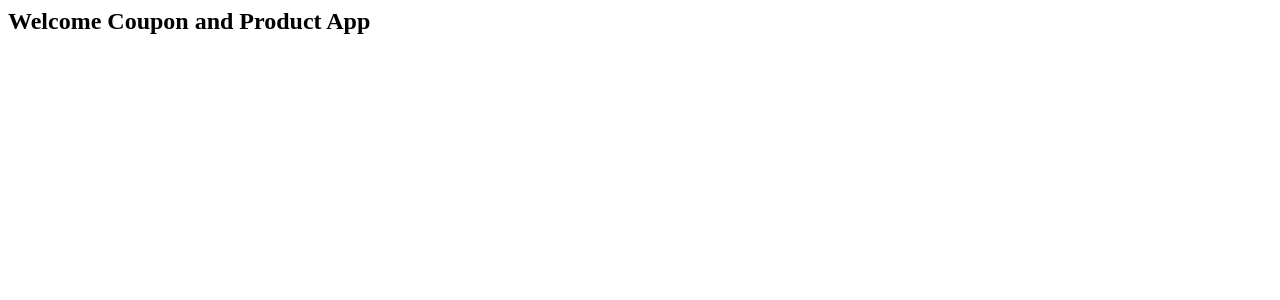
Repository: krutishilp/Sample
Page: http://localhost/couponandproductproject/
These files come from the project's save history. The page is drawn as it stood at one moment and after the next save; the edit follows.
The browser window is 1280 px wide. The pictures show the whole page.
The page is served by Tomcat 9.

Above is the page before, as saved 2020-09-04 06:21:27.

After the next save:
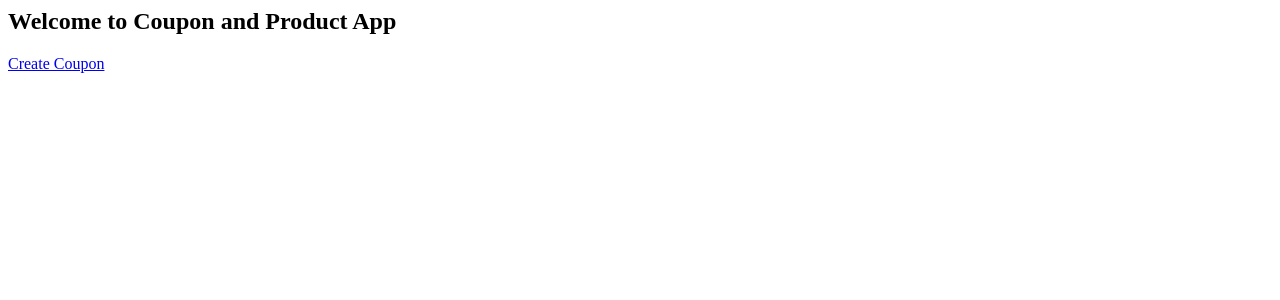
Saved 33 s later.
--- a/JAVA-Eclipse-workspace/couponandproductproject/src/main/webapp/index.jsp
+++ b/JAVA-Eclipse-workspace/couponandproductproject/src/main/webapp/index.jsp
@@ -1,5 +1,7 @@
 <html>
 <body>
-<h2>Welcome Coupon and Product App</h2>
+<h2>Welcome to Coupon and Product App</h2>
+
+<a href='createCoupon.jsp'>Create Coupon</a>
 </body>
 </html>
